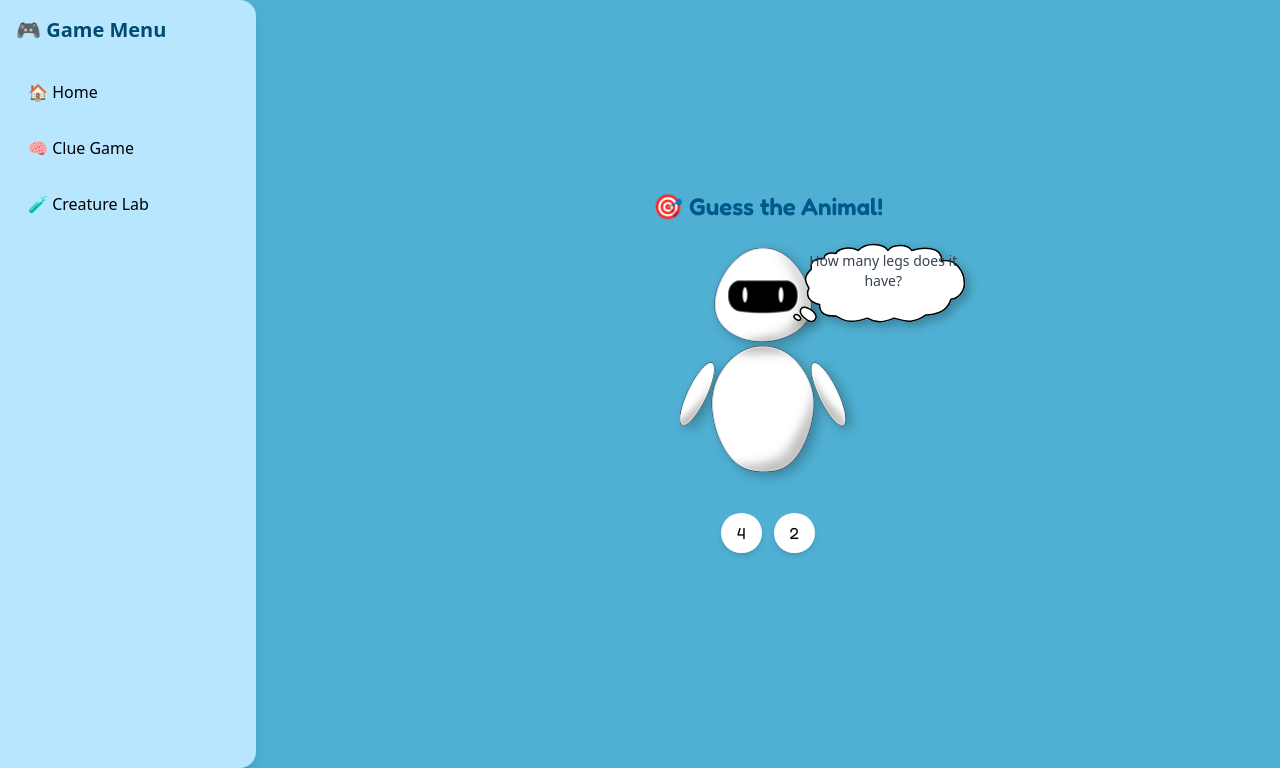
Repository: BN2323/TosAI
Page: /clue-game (app in client/)
The author's editor kept a copy of each file at every save. The page is drawn from the files as they stood at one save, then again after a run of saves.
The browser window is 1280 px wide. The pictures show the whole page.
The project was rebuilt for these pictures with package versions that can differ from the ones it lists, and the page was loaded fresh each time. Also part of the build but not shown: client/vite.config.js, client/src/components/NavButton.jsx, client/src/pages/Home.jsx, client/src/pages/CreatureLab.jsx.

Above is the page before, as saved 2025-07-06 23:16:40.

After the next 3 saves:
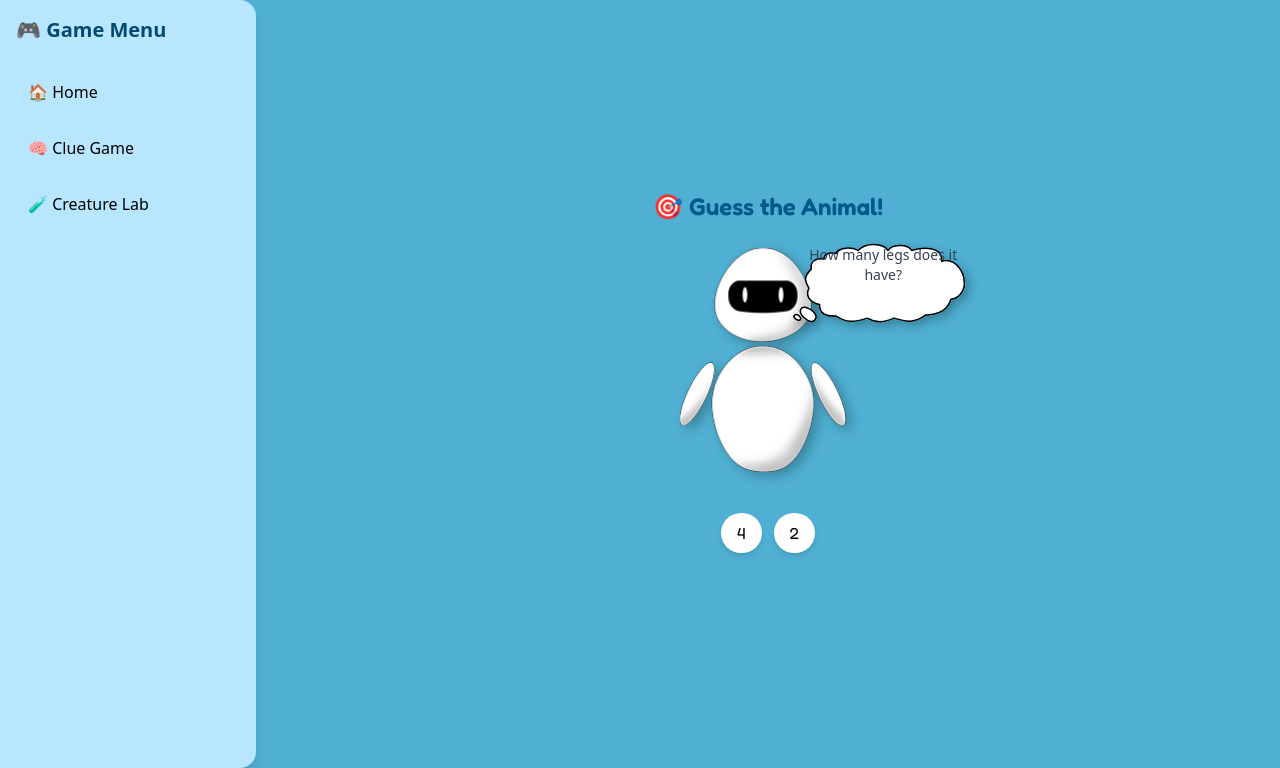
The 3 saves are shown as one change because they came seconds apart.
The last was saved 19 s later.
--- a/client/src/pages/ClueGame.jsx
+++ b/client/src/pages/ClueGame.jsx
@@ -133,7 +133,7 @@ export default function ClueGame() {
         <div className="absolute -top-2 left-[60%] w-48 h-28">
           <img src={DClound} alt="Speech Bubble" className="w-full h-full" />
           <div className="absolute top-5 left-4 right-4 flex items-center justify-center text-center">
-            <p className="relative text-sm text-gray-700">{currentQuestion.label}</p>
+            <p className="relative bottom-1.5 text-sm text-gray-700">{currentQuestion.label}</p>
           </div>
         </div>
       </div>
